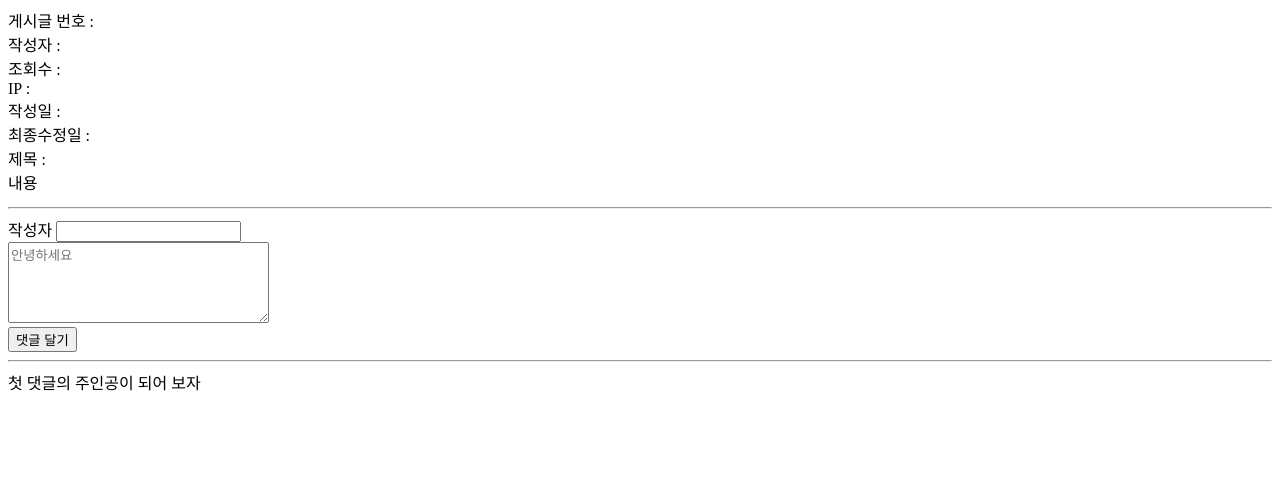
Repository: yangchunsick/JSPstudy
Page: http://localhost/11_MYHOME/notice/update.jsp
An editor plug-in stored every save of this project. The page is shown before and after the next save, followed by the edit.
The browser window is 1280 px wide. The pictures show the whole page.
The page is served by Tomcat 9. The template is opened directly, without the code that normally fills it, so the values that code supplies are empty.

Above is the page before, as saved 2021-11-18 01:47:18.

After the next save:
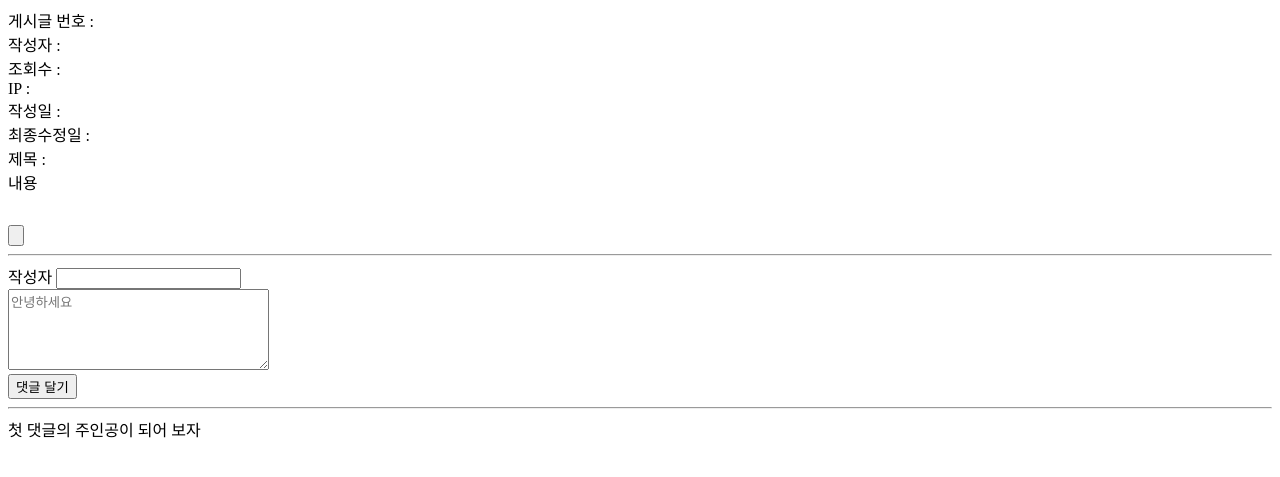
Saved 24 min 21 s later.
--- a/worksapce/11_MYHOME/WebContent/notice/update.jsp
+++ b/worksapce/11_MYHOME/WebContent/notice/update.jsp
@@ -28,6 +28,10 @@
 		제목 : ${notice.title}<br>
 		내용 <br>
 		<pre>${notice.content}</pre>
+
+		<br>
+
+		<input type="button">
 
 		<hr>
 
